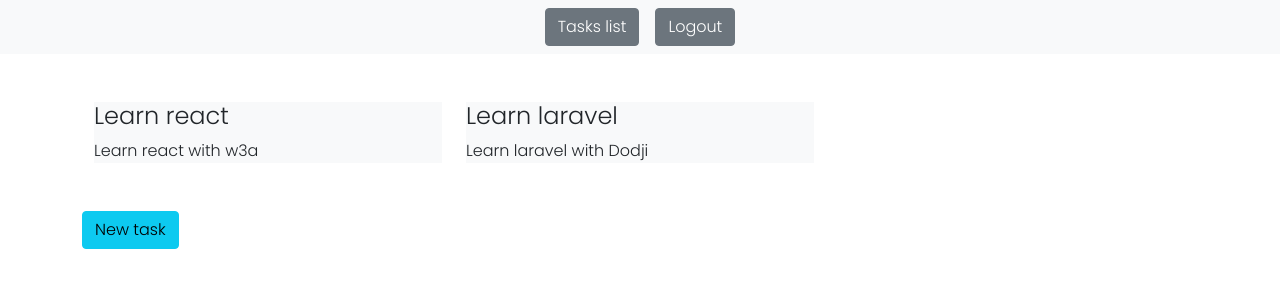
Repository: FS-23/react-task-manager
Page: /tasks/list
These files come from the project's save history. The page is drawn as it stood at one moment and after the next save; the edit follows.
The browser window is 1280 px wide. The pictures show the whole page.
The page's requests for data from a server got no answer. The project was rebuilt for these pictures with package versions that can differ from the ones it lists, and the page was loaded fresh each time. No one was signed in, and anything a server would have sent is missing. Also part of the build but not shown: src/components/Login.js, src/components/AddTask.js, src/components/TaskDetail.js.

Above is the page before, as saved 2022-05-13 15:10:00.

After the next save:
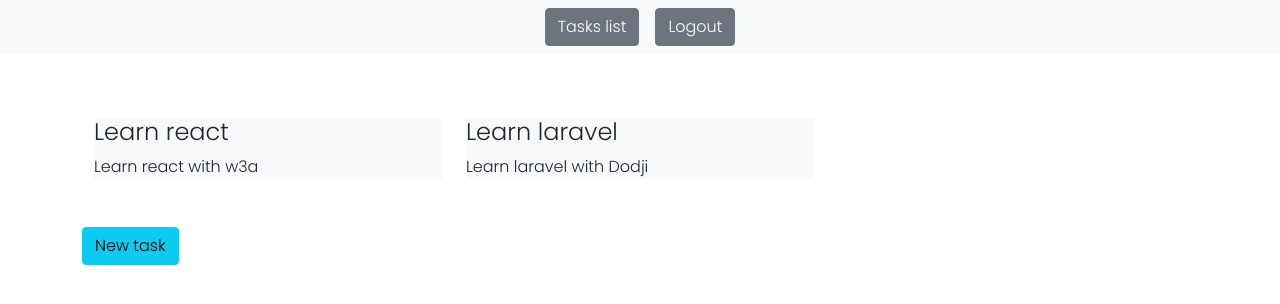
Saved 22 s later.
--- a/src/components/TaskList.js
+++ b/src/components/TaskList.js
@@ -40,7 +40,7 @@ function TaskList(){
             <div className='row m-0'>
                     {
                         tasks.map( (task , index) => (
-                            <div key={index} className="col-12 col-sm-2 col-lg-3 col-xl-4">
+                            <div key={index} className="mt-3 col-12 col-sm-2 col-lg-3 col-xl-4">
                                 <div className='bg-light'>
                                     <h4>{task.title}</h4>
                                     <div>{task.description}</div>
